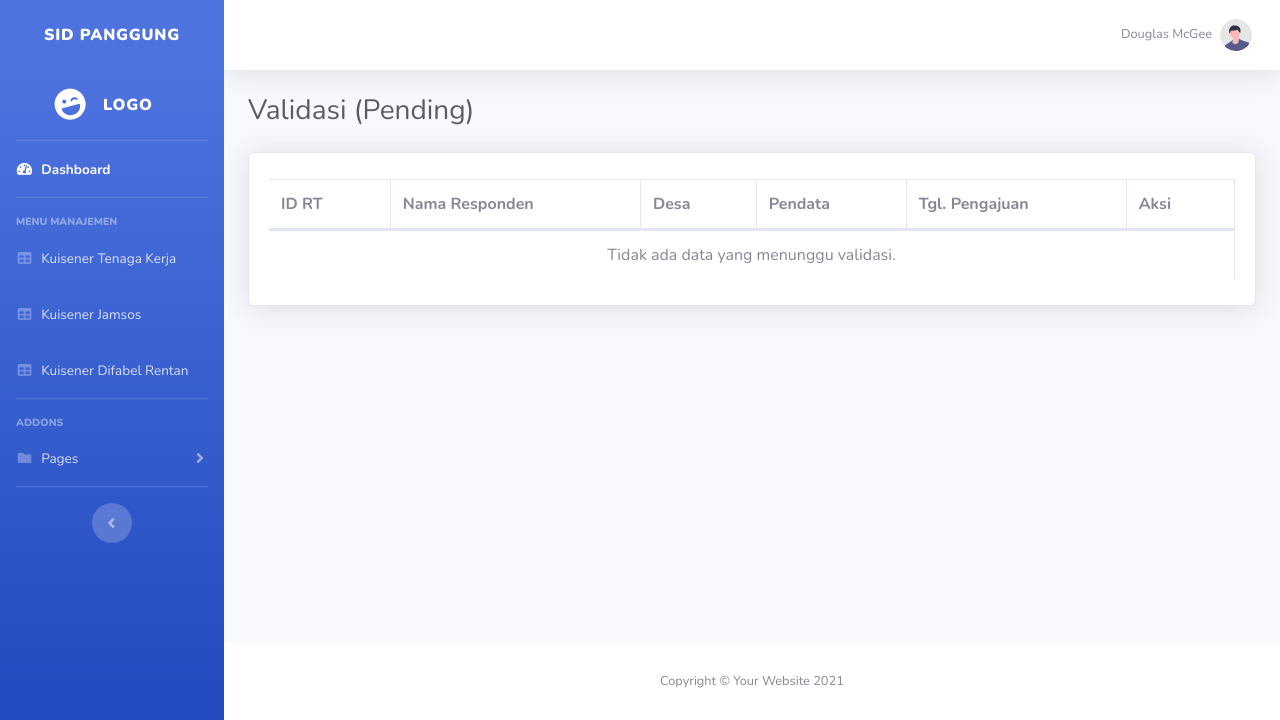
Repository: rusmn06/webpanggung
Page: http://localhost/admin/tenagakerja
These files come from the project's save history. The page is drawn as it stood at one moment and after the next save; the edit follows.
The browser window is 1280 px wide. The pictures show the whole page.
The page is served by the project's Laravel application, run on PHP 8.4 with Laravel 12. A made-up administrator, Test User (test@example.com), is signed in. Other server files are loaded and not shown. Queries for data that is not in the repository find no rows.

Above is the page before, as saved 2025-05-25 10:15:33.
Console error: TypeError: Cannot set properties of undefined (setting '_DT_CellIndex')

### app/Models/User.php
<?php

namespace App\Models;

use Illuminate\Database\Eloquent\Factories\HasFactory;
use Illuminate\Foundation\Auth\User as Authenticatable;
use Illuminate\Notifications\Notifiable;

class User extends Authenticatable
{
    use HasFactory, Notifiable;

    protected $fillable = [
        'name',
        'username',
        'password',
        'role',
    ];

    protected $hidden = [
        'password',
        'remember_token',
    ];

    protected $casts = [
        'password' => 'hashed',
    ];

    public function isAdmin()
    {
        return $this->role === 'admin';
    }

    public function isUser()
    {
        return $this->role === 'user';
    }
}

### app/Http/Controllers/Admin/TenagaKerjaVerifController.php
<?php

namespace App\Http\Controllers\Admin;

use App\Http\Controllers\Controller;
use Illuminate\Http\Request;
use App\Models\RumahTangga; // <-- Ganti ke RumahTangga
// Hapus TenagaKerja jika tidak dipakai lagi
// use App\Models\TenagaKerja;
use Illuminate\Support\Facades\Auth;
use Illuminate\Support\Facades\Storage; // <-- Tambahkan untuk handle TTD lama

class TenagaKerjaVerifController extends Controller
{
    /**
     * Menampilkan daftar Rumah Tangga yang statusnya 'pending'.
     */
    public function index()
    {
        // Ambil data RumahTangga, bukan TenagaKerja
        $items = RumahTangga::where('status_validasi', 'pending')
                            ->orderBy('created_at', 'desc') // Urutkan berdasarkan terbaru
                            ->paginate(15);

        // Ganti view jika perlu, atau pastikan view index bisa handle $items (RumahTangga)
        return view('admin.tkw.index', compact('items'));
    }

    /**
     * Menampilkan detail Rumah Tangga dan anggotanya untuk divalidasi.
     */
    public function show($id)
    {
        // Ambil RumahTangga DENGAN anggotanya (Eager Loading)
        $item = RumahTangga::with('anggotaKeluarga')->findOrFail($id);
        // Ganti view jika perlu, atau pastikan view show bisa handle $item (RumahTangga)
        return view('admin.tkw.show', compact('item'));
    }

    /**
     * Memproses persetujuan (approve) data Rumah Tangga.
     */
    public function approve(Request $request, $id)
    {
        $item = RumahTangga::findOrFail($id); // Ambil RumahTangga

        // Validasi input admin
        $data = $request->validate([
            'admin_tgl_validasi'     => 'required|date',
            'admin_nama_kepaladusun' => 'required|string|max:100', // Ganti max:100
            'admin_ttd_pendata'      => 'nullable|image|mimes:jpeg,png,jpg|max:2048',
        ]);

        // Handle upload TTD Admin
        if ($request->hasFile('admin_ttd_pendata')) {
            // Hapus TTD lama jika ada
            if ($item->admin_ttd_pendata) {
                Storage::disk('public')->delete('ttd/' . $item->admin_ttd_pendata); // Sesuaikan path jika perlu
            }
            $path = $request->file('admin_ttd_pendata')->store('ttd/admin', 'public'); // Simpan ke folder admin
            $data['admin_ttd_pendata'] = basename($path);
        }

        // Set status dan ID admin
        $data['status_validasi'] = 'validated';
        // $data['admin_id']        = Auth::id(); // Pastikan kamu punya kolom admin_id jika perlu

        // Update data RumahTangga
        $item->update($data);

        return redirect()
            ->route('admin.tkw.index')
            ->with('success', 'Data rumah tangga #'.$id.' berhasil divalidasi!');
    }

    /**
     * Menandai data Rumah Tangga sebagai ditolak (reject).
     */
    public function reject($id)
    {
        $item = RumahTangga::findOrFail($id); // Ambil RumahTangga
        $item->update(['status_validasi' => 'rejected']); // Update statusnya

        return redirect()->route('admin.tkw.index')
                         ->with('warning', 'Data rumah tangga #'.$id.' ditolak.');
    }
}

### app/Models/RumahTangga.php
<?php

namespace App\Models;

use Illuminate\Database\Eloquent\Factories\HasFactory;
use Illuminate\Database\Eloquent\Model;
use Illuminate\Database\Eloquent\Casts\Attribute;

class RumahTangga extends Model
{
    use HasFactory;

    protected $table = 'fm_rumah_tangga';

    // $fillable, $casts, dan relasi
    protected $fillable = [
        'provinsi', 'kabupaten', 'kecamatan', 'desa', 'rt', 'rw',
        'tgl_pembuatan', 'nama_pendata', 'nama_responden',
        'jart', 'jart_ab', 'jart_tb', 'jart_ms', 'jpr2rtp',
        'verif_tgl_pembuatan', 'verif_nama_pendata', 'ttd_pendata',
        'status_validasi', 'user_id',
        'admin_tgl_validasi', 'admin_nama_kepaladusun', 'admin_ttd_pendata',
    ];

    protected $casts = [
        'tgl_pembuatan' => 'date',
        'verif_tgl_pembuatan' => 'date',
        'admin_tgl_validasi' => 'date',
    ];

    public function anggotaKeluarga()
    {
        return $this->hasMany(AnggotaKeluarga::class);
    }

    public function user()
    {
        return $this->belongsTo(User::class);
    }

}

### resources/views/admin/tkw/index.blade.php
@extends('layouts.main')

@section('title', 'Daftar Validasi')

@push('styles')
    <link href="{{ asset('template/vendor/datatables/dataTables.bootstrap4.min.css') }}" rel="stylesheet">
@endpush

@section('content')
    <div class="d-sm-flex align-items-center justify-content-between mb-4">
        <h1 class="h3 mb-0 text-gray-800">Validasi (Pending)</h1>
    </div>

    <div class="card shadow mb-4">
        <div class="card-body">
            @if(session('success'))
                <div class="alert alert-success">{{ session('success') }}</div>
            @endif
            @if(session('warning'))
                <div class="alert alert-warning">{{ session('warning') }}</div>
            @endif
            <div class="table-responsive">
                <table id="dataTable" class="table table-bordered" width="100%" cellspacing="0">
                    <thead>
                        <tr>
                            <th>ID RT</th> {{-- ID Rumah Tangga --}}
                            <th>Nama Responden</th> {{-- Nama Responden --}}
                            <th>Desa</th> {{-- Desa --}}
                            <th>Pendata</th> {{-- Pendata --}}
                            <th>Tgl. Pengajuan</th> {{-- Tanggal Pengajuan --}}
                            <th>Aksi</th>
                        </tr>
                    </thead>
                    <tbody>
                        @forelse($items as $item) {{-- $items sekarang adalah RumahTangga --}}
                            <tr>
                                <td>{{ $item->id }}</td>
                                <td>{{ $item->nama_responden }}</td>
                                <td>{{ $item->desa }}</td>
                                <td>{{ $item->nama_pendata }}</td>
                                <td>{{ \Carbon\Carbon::parse($item->tgl_pembuatan)->isoFormat('DD MMM YYYY') }}</td>
                                <td>
                                    <a href="{{ route('admin.tkw.show', $item->id) }}"
                                       class="btn btn-sm btn-primary">
                                        <i class="fas fa-eye"></i> Lihat &amp; Validasi
                                    </a>
                                </td>
                            </tr>
                        @empty
                            <tr>
                                <td colspan="6" class="text-center">Tidak ada data yang menunggu validasi.</td>
                            </tr>
                        @endforelse
                    </tbody>
                </table>
                {{-- Tampilkan pagination jika ada --}}
                @if($items->count() > 0)
                  {{ $items->links() }}
                @endif
            </div>
        </div>
    </div>
@endsection

@push('scripts')
    <script src="{{ asset('template/vendor/datatables/jquery.dataTables.min.js') }}"></script>
    <script src="{{ asset('template/vendor/datatables/dataTables.bootstrap4.min.js') }}"></script>
    <script>
        $(document).ready(function() {
            $('#dataTable').DataTable({
                "paging": false, // Matikan paging DataTables jika pakai paging Laravel
                "info": false,   // Matikan info DataTables jika pakai paging Laravel
                "searching": true // Biarkan searching aktif
            });
        });
    </script>
@endpush

### resources/views/layouts/main.blade.php
<!DOCTYPE html>
<html lang="en">
<head>
    <meta charset="utf-8">
    <meta http-equiv="X-UA-Compatible" content="IE=edge">
    <meta name="viewport" content="width=device-width, initial-scale=1, shrink-to-fit=no">
    <title>@yield('title', 'Dashboard')</title>

    <!-- Fonts & Icons -->
    <link href="{{ asset('template/vendor/fontawesome-free/css/all.min.css') }}" rel="stylesheet">
    <link href="https://fonts.googleapis.com/css?family=Nunito:200,300,400,700,900" rel="stylesheet">

    <!-- SB Admin 2 CSS -->
    <link href="{{ asset('template/css/sb-admin-2.min.css') }}" rel="stylesheet">
    @stack('styles')
</head>
<body id="page-top">
    <div id="wrapper">
        @include('layouts.sidebar')
        <div id="content-wrapper" class="d-flex flex-column">
            <div id="content">
                @include('layouts.navbar')
                <div class="container-fluid">
                    @yield('content')
                </div>
            </div>
            @include('layouts.footer')
        </div>
    </div>

    <!-- Scroll to Top-->
    <a class="scroll-to-top rounded" href="#page-top">
        <i class="fas fa-angle-up"></i>
    </a>

    <!-- Logout Modal-->
    <div class="modal fade" id="logoutModal" tabindex="-1" role="dialog" aria-labelledby="exampleModalLabel"
        aria-hidden="true">
        <div class="modal-dialog" role="document">
            <div class="modal-content">
                <div class="modal-header">
                    <h5 class="modal-title" id="exampleModalLabel">Ready to Leave?</h5>
                    <button class="close" type="button" data-dismiss="modal" aria-label="Close">
                        <span aria-hidden="true">×</span>
                    </button>
                </div>
                <div class="modal-body">Select "Logout" below if you are ready to end your current session.</div>
                <div class="modal-footer">
                    <button class="btn btn-secondary" type="button" data-dismiss="modal">Cancel</button>
                    <a class="btn btn-primary" href="login.html">Logout</a>
                </div>
            </div>
        </div>
    </div>

    <!-- JS -->
    <script src="{{ asset('template/vendor/jquery/jquery.min.js') }}"></script>
    <script src="{{ asset('template/vendor/bootstrap/js/bootstrap.bundle.min.js') }}"></script>
    <script src="{{ asset('template/vendor/jquery-easing/jquery.easing.min.js') }}"></script>
    <script src="{{ asset('template/js/sb-admin-2.min.js') }}"></script>
    @stack('scripts')
</body>
</html>

### resources/views/layouts/sidebar.blade.php
<ul class="navbar-nav bg-gradient-primary sidebar sidebar-dark accordion" id="accordionSidebar">

            <!-- Sidebar - Brand -->
            <a class="sidebar-brand d-flex align-items-center justify-content-center" href="/dashboard">
                <div class="sidebar-brand-text mx-3">SID Panggung</div>
            </a>

            <!-- Sidebar - Brand -->
            <a class="sidebar-brand d-flex align-items-center justify-content-center" href="/dashboard">
                <div class="sidebar-brand-icon rotate-n-15">
                    <i class="fas fa-laugh-wink"></i>
                </div>
                <div class="sidebar-brand-text mx-3">LOGO</div>
            </a>

            <!-- Divider -->
            <hr class="sidebar-divider my-0">

            <!-- Nav Item - Dashboard -->
            <li class="nav-item active">
                <a class="nav-link" href="/dashboard">
                    <i class="fas fa-fw fa-tachometer-alt"></i>
                    <span>Dashboard</span></a>
            </li>

            <!-- Divider -->
            <hr class="sidebar-divider">

            <!-- Heading -->
            <div class="sidebar-heading">
                Menu Manajemen
            </div>

            <!-- Nav Item - Kuisener Tenaga Kerja -->
            <li class="nav-item">
                <a class="nav-link" href="/tenagakerja">
                    <i class="fas fa-fw fa-table"></i>
                    <span>Kuisener Tenaga Kerja</span></a>
            </li>

            <!-- Nav Item - Kuisener Jamsos -->
            <li class="nav-item">
                <a class="nav-link" href="/jamsos">
                    <i class="fas fa-fw fa-table"></i>
                    <span>Kuisener Jamsos</span></a>
            </li>

            <!-- Nav Item - Kuisener Difabel Rentan -->
            <li class="nav-item">
                <a class="nav-link" href="/difabelrentan">
                    <i class="fas fa-fw fa-table"></i>
                    <span>Kuisener Difabel Rentan</span></a>
            </li>

            <!-- Divider -->
            <hr class="sidebar-divider">

            <!-- Heading -->
            <div class="sidebar-heading">
                Addons
            </div>

            <!-- Nav Item - Pages Collapse Menu -->
            <li class="nav-item">
                <a class="nav-link collapsed" href="#" data-toggle="collapse" data-target="#collapsePages"
                    aria-expanded="true" aria-controls="collapsePages">
                    <i class="fas fa-fw fa-folder"></i>
                    <span>Pages</span>
                </a>
                <div id="collapsePages" class="collapse" aria-labelledby="headingPages" data-parent="#accordionSidebar">
                    <div class="bg-white py-2 collapse-inner rounded">
                        <h6 class="collapse-header">Login Screens:</h6>
                        <a class="collapse-item" href="login.html">Login</a>
                        <a class="collapse-item" href="register.html">Register</a>
                        <a class="collapse-item" href="forgot-password.html">Forgot Password</a>
                        <div class="collapse-divider"></div>
                    </div>
                </div>
            </li>

            <!-- Divider -->
            <hr class="sidebar-divider d-none d-md-block">

            <!-- Sidebar Toggler (Sidebar) -->
            <div class="text-center d-none d-md-inline">
                <button class="rounded-circle border-0" id="sidebarToggle"></button>
            </div>

        </ul>

### resources/views/layouts/navbar.blade.php
<nav class="navbar navbar-expand navbar-light bg-white topbar mb-4 static-top shadow">

    <!-- Sidebar Toggle (Topbar) -->
    <button id="sidebarToggleTop" class="btn btn-link d-md-none rounded-circle mr-3">
        <i class="fa fa-bars"></i>
    </button>

    <!-- Topbar Navbar -->
    <ul class="navbar-nav ml-auto">

        <!-- Nav Item - Search Dropdown (Visible Only XS) -->
        <li class="nav-item dropdown no-arrow d-sm-none">
            <a class="nav-link dropdown-toggle" href="#" id="searchDropdown" role="button"
                data-toggle="dropdown" aria-haspopup="true" aria-expanded="false">
                <i class="fas fa-search fa-fw"></i>
            </a>
            <!-- Dropdown - Search -->
            <div class="dropdown-menu dropdown-menu-right p-3 shadow animated--grow-in"
                aria-labelledby="searchDropdown">
                <form class="form-inline mr-auto w-100 navbar-search">
                    <div class="input-group">
                        <input type="text" class="form-control bg-light border-0 small"
                            placeholder="Search for..." aria-label="Search"
                            aria-describedby="basic-addon2">
                        <div class="input-group-append">
                            <button class="btn btn-primary" type="button">
                                <i class="fas fa-search fa-sm"></i>
                            </button>
                        </div>
                    </div>
                </form>
            </div>
        </li>

        <!-- Nav Item - User Information -->
        <li class="nav-item dropdown no-arrow">
            <a class="nav-link dropdown-toggle" href="#" id="userDropdown" role="button"
                data-toggle="dropdown" aria-haspopup="true" aria-expanded="false">
                <span class="mr-2 d-none d-lg-inline text-gray-600 small">Douglas McGee</span>
                <img class="img-profile rounded-circle"
                    src="{{ asset('template/img/undraw_profile.svg') }}">
            </a>
            <div class="dropdown-menu dropdown-menu-right shadow animated--grow-in"
                aria-labelledby="userDropdown">
                <a class="dropdown-item" href="#">
                    <i class="fas fa-user fa-sm fa-fw mr-2 text-gray-400"></i>
                    Profile
                </a>
                <a class="dropdown-item" href="#">
                    <i class="fas fa-cogs fa-sm fa-fw mr-2 text-gray-400"></i>
                    Settings
                </a>
                <a class="dropdown-item" href="#">
                    <i class="fas fa-list fa-sm fa-fw mr-2 text-gray-400"></i>
                    Activity Log
                </a>
                <div class="dropdown-divider"></div>

                <!-- Tombol trigger modal logout -->
                <a class="dropdown-item" href="#" data-toggle="modal" data-target="#logoutModal">
                    <i class="fas fa-sign-out-alt fa-sm fa-fw mr-2 text-gray-400"></i>
                    Logout
                </a>
            </div>
        </li>
    </ul>
</nav>

<!-- Modal Logout -->
<div class="modal fade" id="logoutModal" tabindex="-1" role="dialog" aria-labelledby="logoutModalLabel"
    aria-hidden="true">
    <div class="modal-dialog" role="document">
        <div class="modal-content">
            <div class="modal-header">
                <h5 class="modal-title">Yakin ingin logout?</h5>
                <button class="close" type="button" data-dismiss="modal" aria-label="Close">
                    <span aria-hidden="true">×</span>
                </button>
            </div>
            <div class="modal-body">Pilih "Logout" di bawah jika kamu yakin ingin keluar dari sesi ini.</div>
            <div class="modal-footer">
                <button class="btn btn-secondary" type="button" data-dismiss="modal">Batal</button>
                <form id="logout-form" action="{{ route('logout') }}" method="POST" class="d-inline">
                    @csrf
                    <button class="btn btn-primary" type="submit">Logout</button>
                </form>
            </div>
        </div>
    </div>
</div>

Loaded but not shown: app/Providers/AppServiceProvider.php (common file); app/Http/Controllers/Controller.php (common file); resources/views/layouts/footer.blade.php (common file); public/template/css/sb-admin-2.min.css (library); public/template/js/sb-admin-2.min.js (common file); public/template/img/undraw_profile.svg (38 lines, source omitted); routes/web.php (134 lines, source omitted)

After the next save:
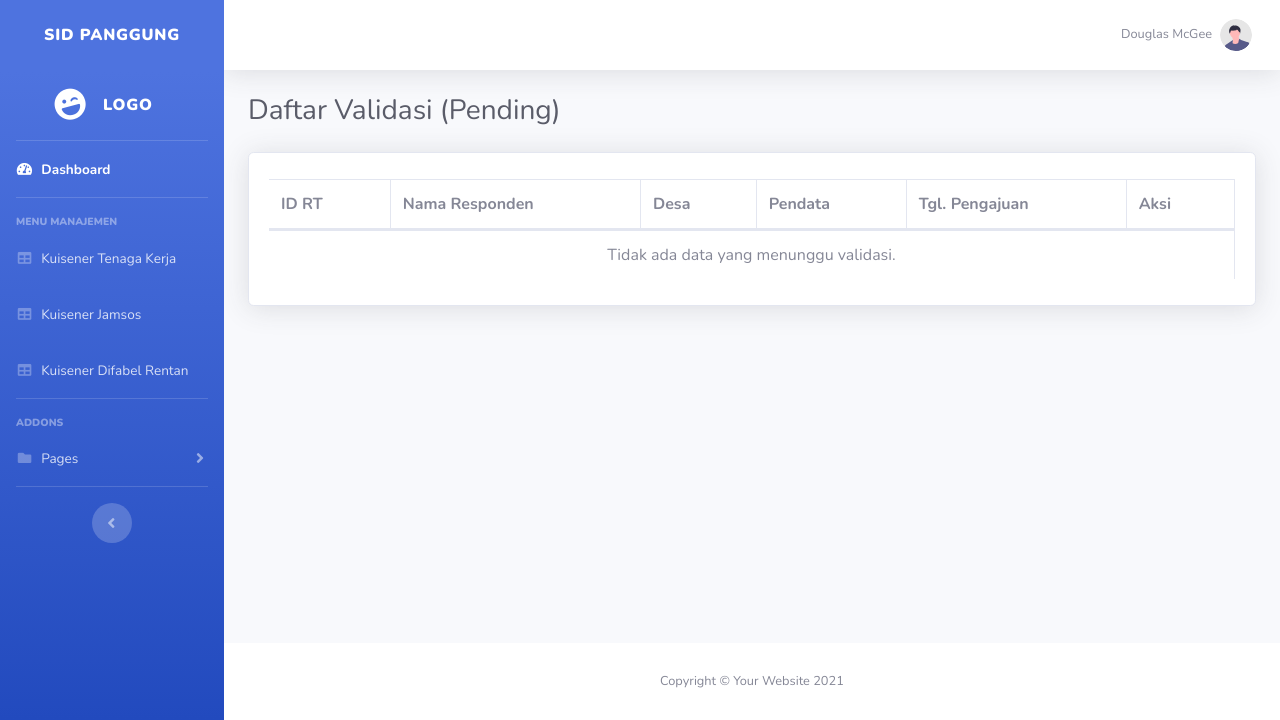
Saved 22 s later.
--- a/resources/views/admin/tkw/index.blade.php
+++ b/resources/views/admin/tkw/index.blade.php
@@ -8,7 +8,7 @@
 
 @section('content')
     <div class="d-sm-flex align-items-center justify-content-between mb-4">
-        <h1 class="h3 mb-0 text-gray-800">Validasi (Pending)</h1>
+        <h1 class="h3 mb-0 text-gray-800">Daftar Validasi (Pending)</h1>
     </div>
 
     <div class="card shadow mb-4">
